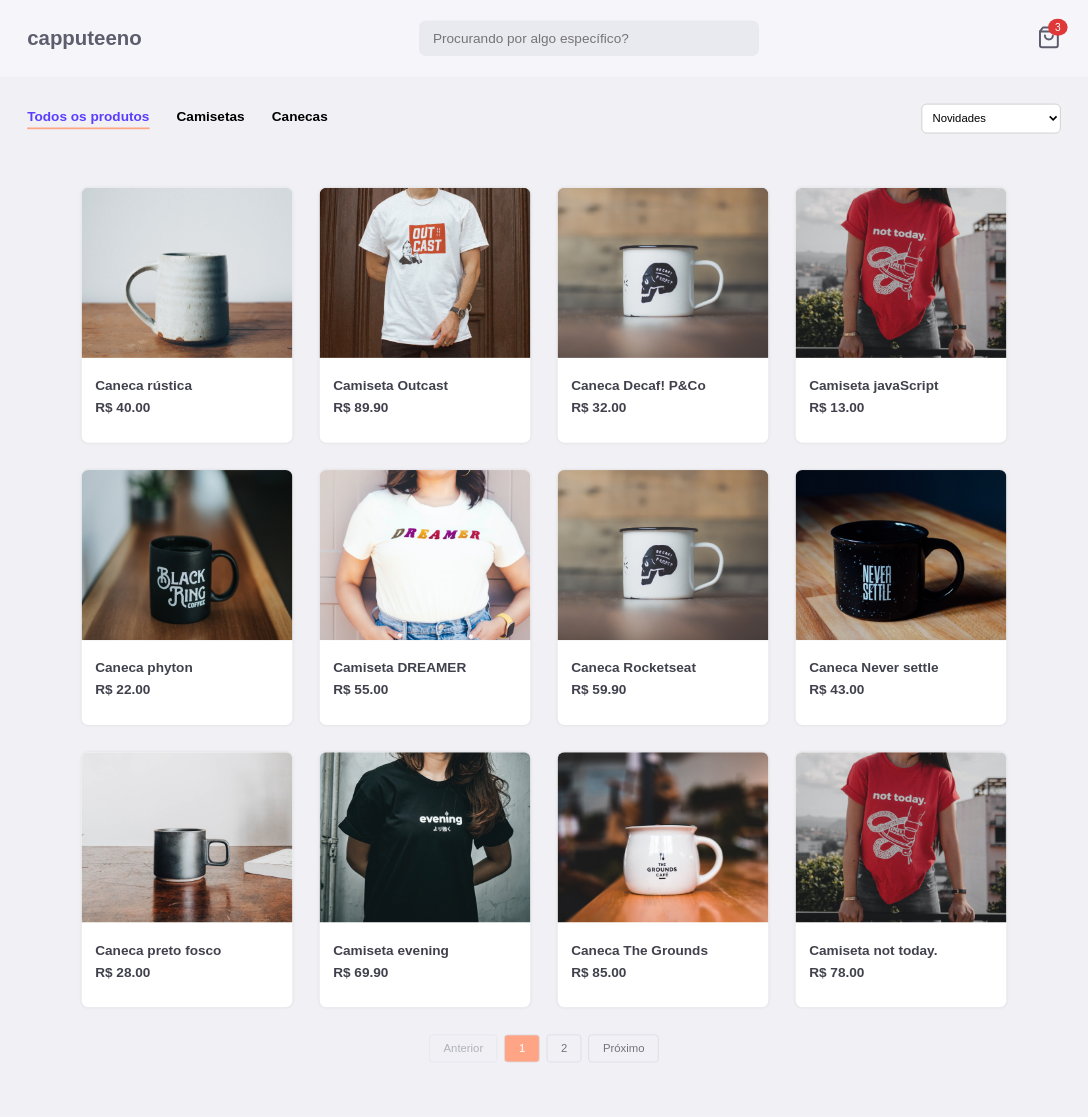
Repository: Biel-barbosa/capputeenoecomerce
Page: /
These files come from the project's save history. The page is drawn as it stood at one moment and after the next save; the edit follows.
The browser window is 1280 px wide. The pictures show the whole page, at 85% of full size.
The project was rebuilt for these pictures with package versions that can differ from the ones it lists, and the page was loaded fresh each time. The framework's server and built-in components were replaced by stand-ins that run in the browser. Also part of the build but not shown: next.config.ts.

Above is the page before, as saved 2025-04-23 12:10:03.

After the next save:
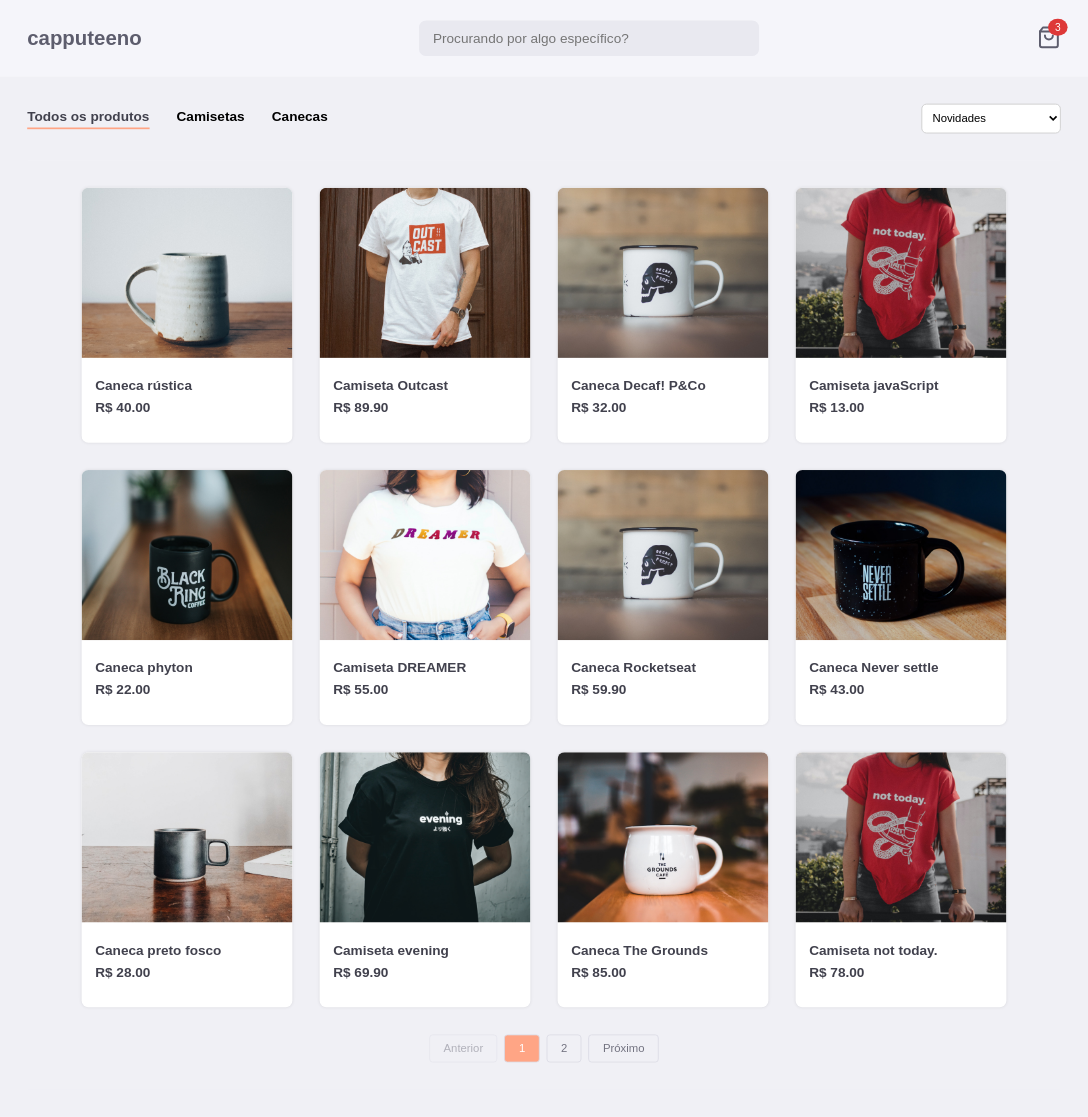
Saved 16 s later.
--- a/src/app/page.tsx
+++ b/src/app/page.tsx
@@ -34,7 +34,7 @@ const Categories = styled.div`
     transition: 0.2s;
 
     &.active {
-      color: #5a3eff;
+      color: #41414D;
       border-color: #FFA585;
     }
   }
